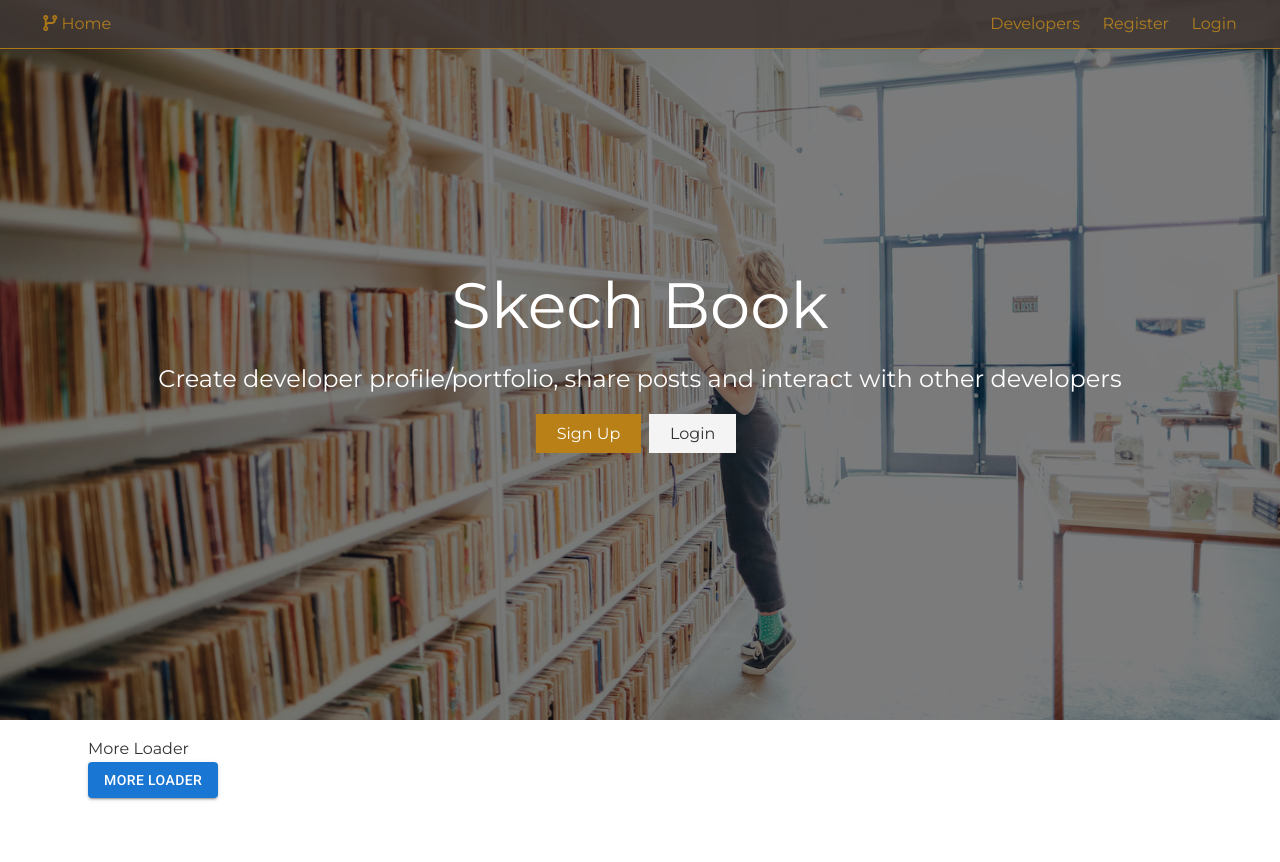
Repository: devnight0913/skechbook
Page: / (app in client/)
These files come from the project's save history. The page is drawn as it stood at one moment and after the next save; the edit follows.
The browser window is 1280 px wide. The pictures show the whole page.
The page's requests for data from a server got no answer. Some web libraries are served in a nearby version. The project was rebuilt for these pictures with package versions that can differ from the ones it lists, and the page was loaded fresh each time. No one was signed in, and anything a server would have sent is missing. Also part of the build but not shown: client/craco.config.js, client/src/components/auth/Login.js, client/src/components/auth/Register.js, client/src/components/dashboard/DashboardActions.js, client/src/actions/profile.js, client/src/utils/formatDate.js, client/src/components/dashboard/Experience.js, client/src/components/dashboard/Education.js and 23 more.

Above is the page before, as saved 2023-07-24 19:03:26.

After the next save:
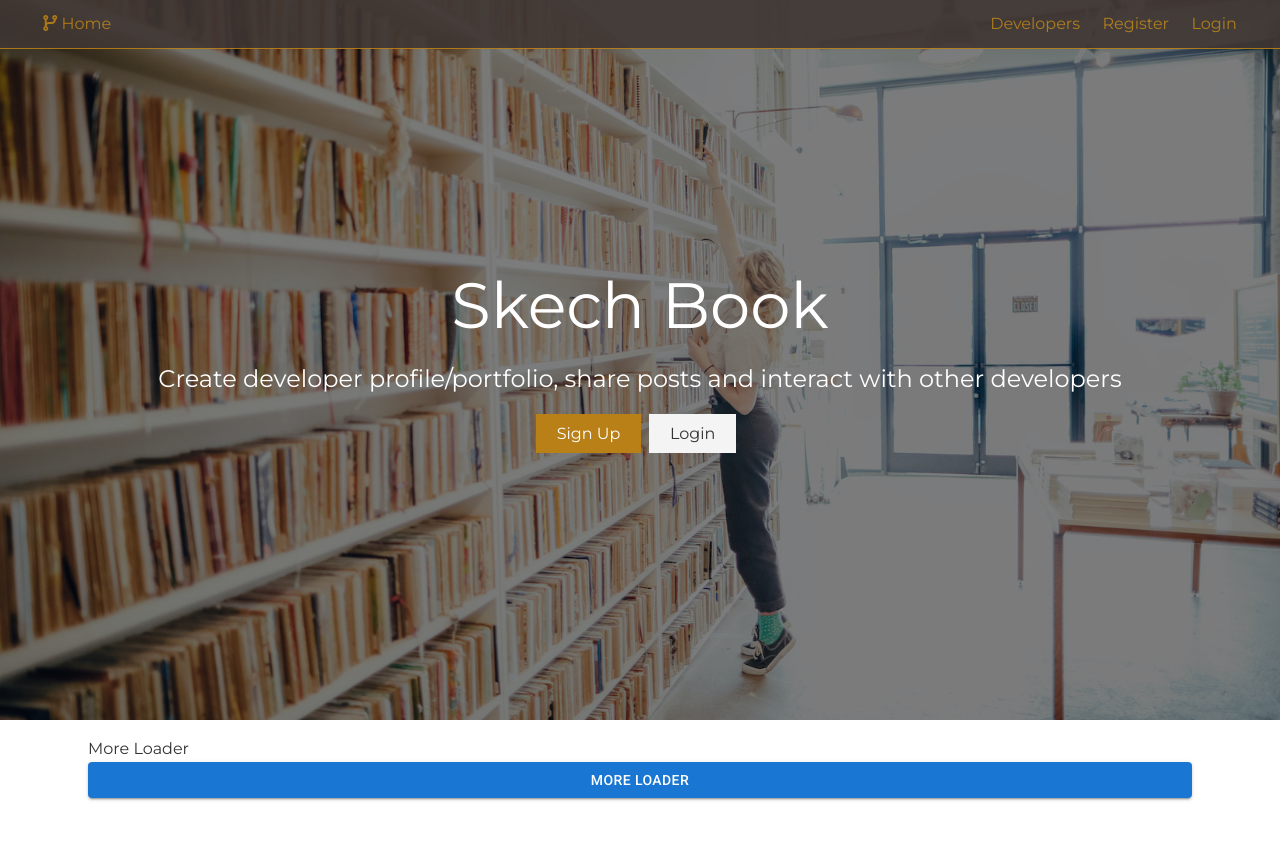
Saved 2 min 43 s later.
--- a/client/src/components/layout/Footer.js
+++ b/client/src/components/layout/Footer.js
@@ -29,7 +29,7 @@
             );
           })}
         </Grid>
-        <div>
+        <div className="flex flex-col justify-center">
           <h1>More Loader</h1>
           <Button variant="contained">More Loader</Button>
         </div>

After the save that followed:
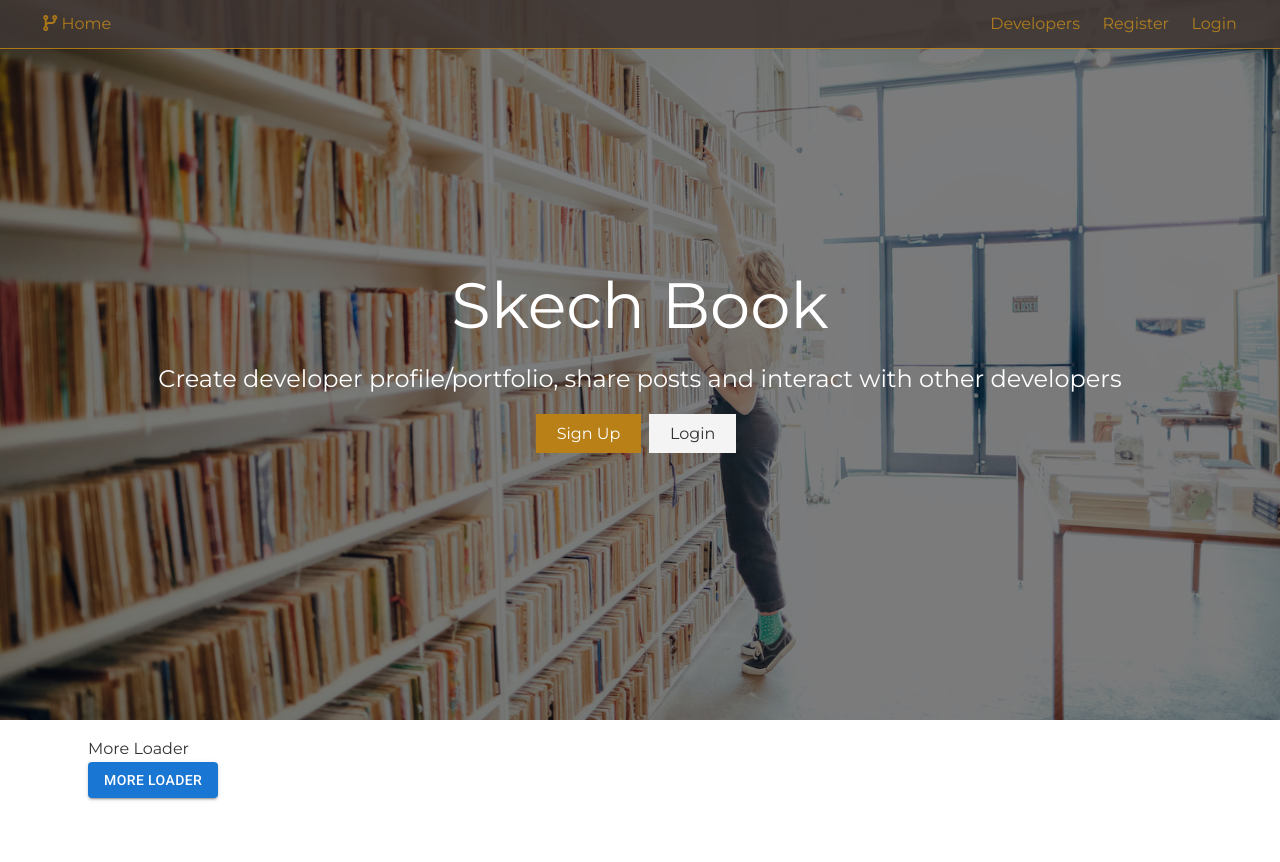
Saved 94 s later.
--- a/client/src/components/layout/Footer.js
+++ b/client/src/components/layout/Footer.js
@@ -29,7 +29,7 @@
             );
           })}
         </Grid>
-        <div className="flex flex-col justify-center">
+        <div>
           <h1>More Loader</h1>
           <Button variant="contained">More Loader</Button>
         </div>
